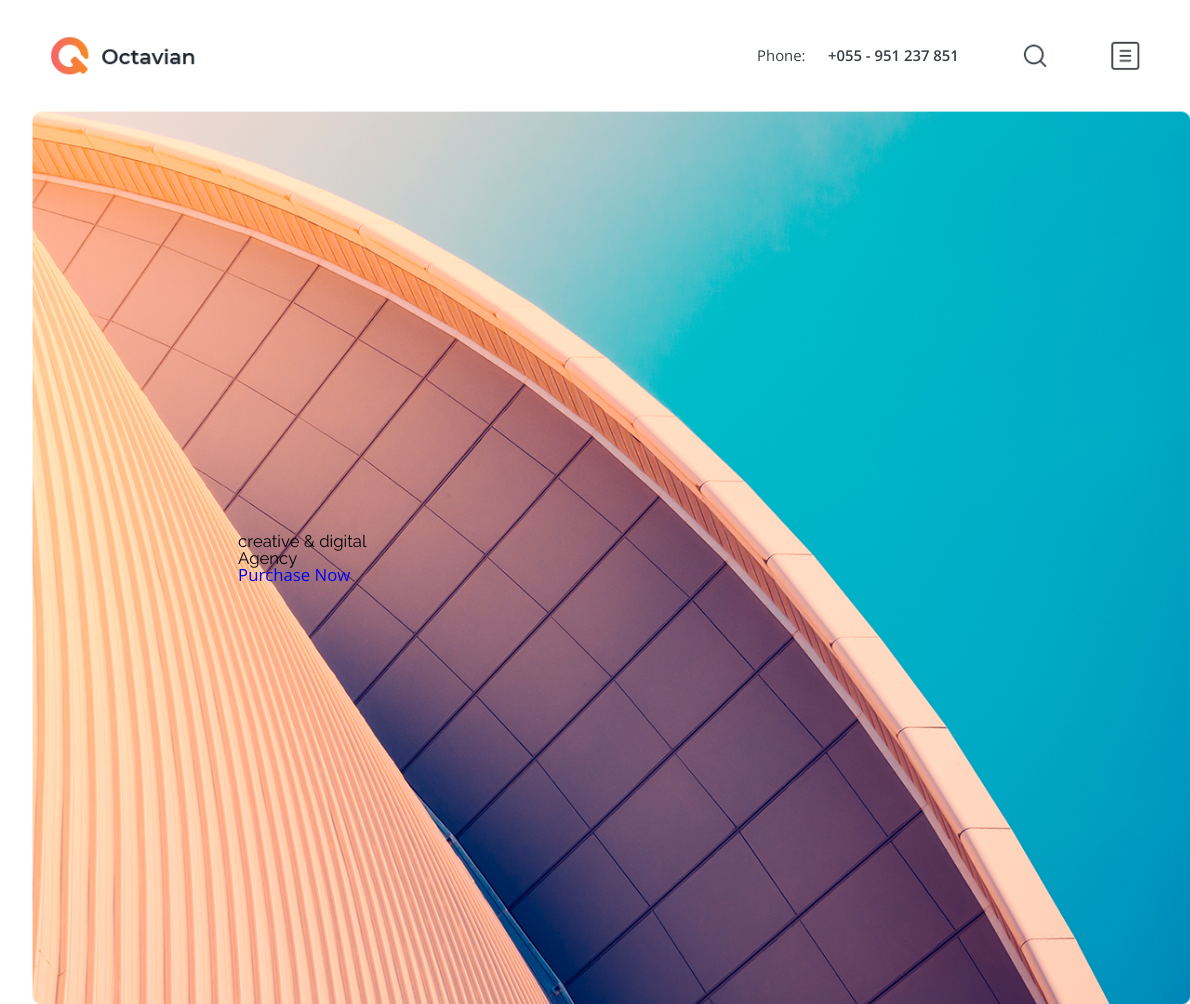
Repository: huydev0401/octavian-1
Page: index.html
The author's editor kept a copy of each file at every save. The page is drawn from the files as they stood at one save, then again after the next save.
The browser window is 1280 px wide. The pictures show the whole page, at 93% of full size.
The style sheet was rebuilt from its Sass, Less or Tailwind sources for each picture, by a compiler version that may differ from the author's.

Above is the page before, as saved 2021-09-02 13:45:20.

### index.html
<!DOCTYPE html>
<html lang="en">
  <head>
    <meta charset="UTF-8" />
    <meta http-equiv="X-UA-Compatible" content="IE=edge" />
    <meta name="viewport" content="width=device-width, initial-scale=1.0" />
    <title>Octavian 1</title>
    <link rel="preconnect" href="https://fonts.googleapis.com">
    <link rel="preconnect" href="https://fonts.gstatic.com" crossorigin>
    <link
        href="https://fonts.googleapis.com/css2?family=Open+Sans:ital,wght@0,300;0,400;0,600;1,700&family=Raleway:wght@400;600;700;800&display=swap"
        rel="stylesheet">
    <link href="https://unpkg.com/ionicons@4.5.10-0/dist/css/ionicons.min.css" rel="stylesheet">
    <link rel="stylesheet" href="./css/app.css">
  </head>
  <body>
    <div class="wrapper">
        <header class="header">
            <div class="container">
                <div class="header-main">
                    <a href="index.html" class="header-logo">
                        <img src="./images/logo.png" alt="">
                    </a>
                    <div class="navigation">
                        <span class="header-phone">
                            Phone: <a href="tel: +055 - 951 237 851">+055 - 951 237 851</a>
                        </span>
                        <img src="./images/icon-search.png" alt="" class="icon-search">
                        <img src="./images/icon-bars.png" alt="" class="menu-toogle">
                    </div>
                </div>
            </div>
        </header>
        <main class="main">
            <div class="hero">
                <img src="./images/img1.png" alt="" class="hero-image">
                <div class="hero-content">
                    <h2 class="hero-caption">
                        creative & digital
                    </h2>
                    <h1 class="hero-heading">
                        Agency
                    </h1>
                    <a href="#" class="hero-link">Purchase Now</a>
                </div>
            </div>
        </main>
    </div>
  </body>
</html>

### scss/app.scss
@import "variables";
@import "reset";
@import "base";
@import "header";
@import "hero";

### scss/_variables.scss
$primary-font: "Open Sans", sans-serif;
$secondary-font: "Raleway", sans-serif;
$gray: #393e46;
$gray-dark: #282f3a;
$gray-darkest: #252b36;
$gray-light: #6a727f;
$gray-lightest: #f8f8f9;
$blue-color: #4a44f2;

### scss/_base.scss
*,
*:before,
*:after {
  box-sizing: border-box;
}
/* using rem unit */
html {
  font-size: 62.5%;
  scroll-behavior: smooth;
}
a {
  text-decoration: none;
}
img {
  display: block;
  max-width: 100%;
}
body {
  font-family: $primary-font;
  font-size: 18px;
  line-height: 1;
}
input,
button,
textarea,
select {
  outline: none;
  font-family: "Poppins", sans-serif;
  font-size: 16px;
  line-height: 1;
}
input {
  line-height: normal;
}
button {
  cursor: pointer;
}

.wrapper {
  max-width: 1920px;
  margin: 0 auto;
}

.container {
  max-width: 1200px;
  margin: 0 auto;
  padding-left: 15px;
  padding-right: 15px;
}

h1,
h2,
h3,
h4,
h5,
h6 {
  font-family: $secondary-font;
}

### scss/_header.scss
.header {
  &-main {
    padding: 40px 0;
    display: flex;
    align-items: center;
    justify-content: space-between;
  }
  &-logo {
    display: inline-block;
  }
  &-phone {
    display: inline-block;
    font-size: 16px;
    font-weight: 300;
    color: $gray;
    a {
      font-weight: 600;
      color: inherit;
      margin-left: 20px;
    }
  }
}

.navigation {
  display: flex;
  align-items: center;
  gap: 0 70px;
}

### scss/_hero.scss
.hero {
  position: relative;
  &-image {
    margin-left: auto;
  }
  &-content {
    position: absolute;
    left: 20%;
    top: 50%;
    transform: translateY(-50%);
  }
}

Loaded but not shown: scss/_reset.scss (common file)

After the next save:
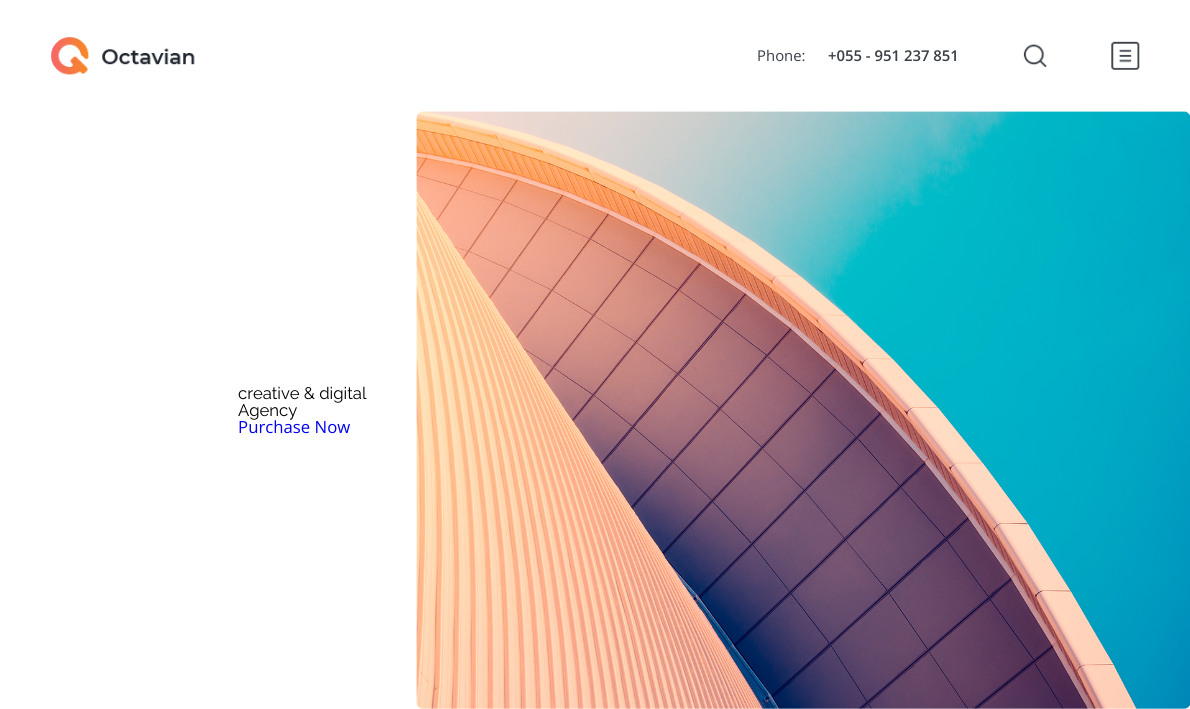
Saved 15 s later.
--- a/scss/_hero.scss
+++ b/scss/_hero.scss
@@ -2,6 +2,7 @@
   position: relative;
   &-image {
     margin-left: auto;
+    max-width: 65%;
   }
   &-content {
     position: absolute;
